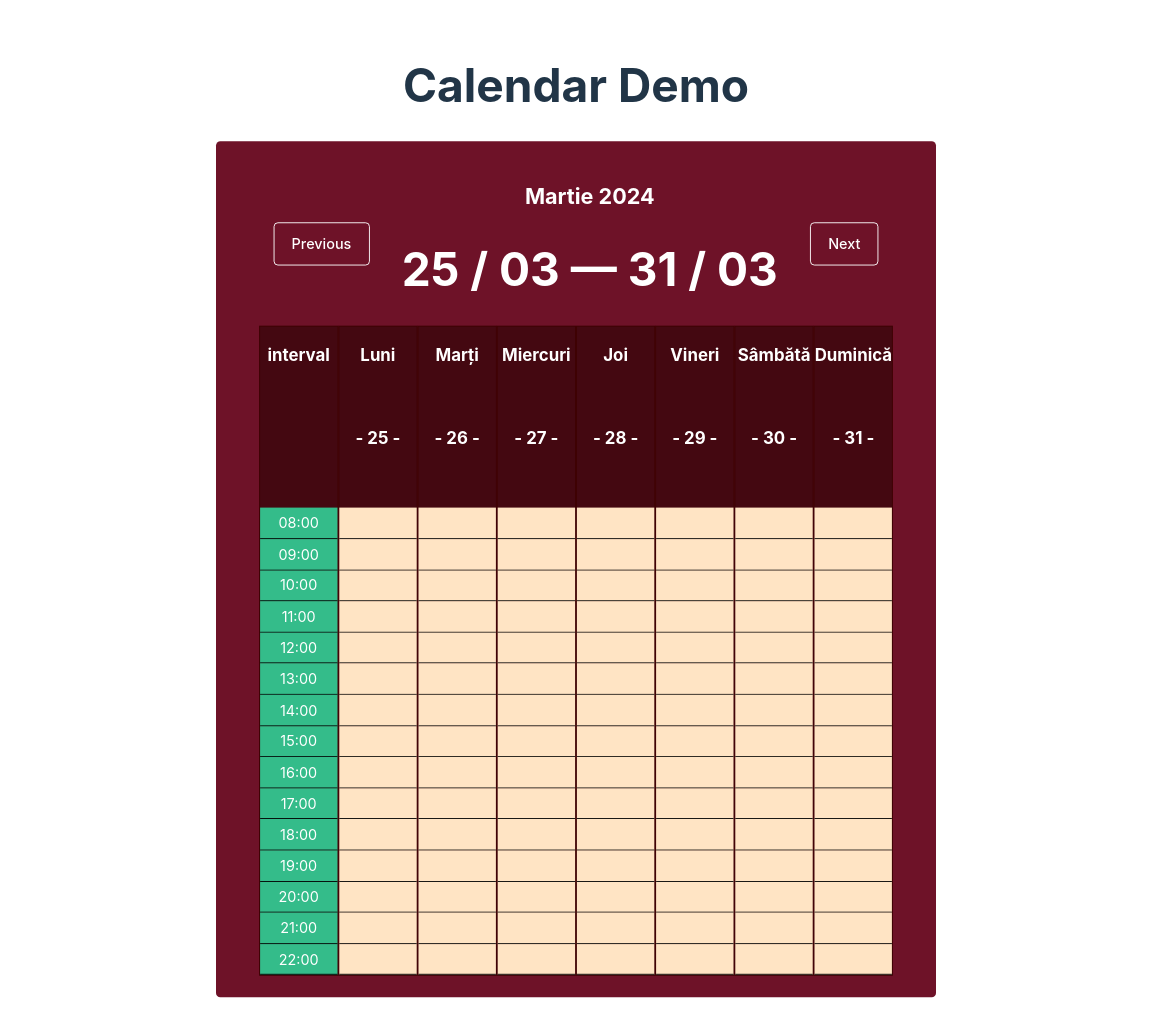
Repository: Maryie-B/weekly-calendar-scheduler
Page: /
An editor plug-in stored every save of this project. The page is shown before and after the next save, followed by the edit.
The browser window is 1280 px wide. The pictures show the whole page, at 90% of full size.
The project was rebuilt for these pictures with package versions that can differ from the ones it lists, and the page was loaded fresh each time. Also part of the build but not shown: vite.config.js.

Above is the page before, as saved 2024-03-26 18:03:23.

### src/App.jsx
import './App.css'
import CalendarHeader from './CalendarHeader'
import CalendarDays from './CalendarDays'
import { useState, useEffect } from 'react';

function App() {

  const [currentWeekStart, setCurrentWeekStart] = useState(() => {
    const now = new Date();
    const currentDay = now.getDay();
    const untilMonday = currentDay === 0 ? 6 : currentDay - 1;
    now.setDate(now.getDate() - untilMonday);
    return now;
});

const [currentWeekEnd, setCurrentWeekEnd] = useState(() => {
  const end = new Date(currentWeekStart);
  end.setDate(currentWeekStart.getDate() + 6);
  return end;
});

const [currentDates, setCurrentDates] = useState(() => {
  const dates = [];
  const day = new Date(currentWeekStart);
  for (let i = 0; i < 7; i++) {
    let nr = day.getDate() + i;
    dates.push(nr);
  }
  return dates;
});


useEffect(() => {
  const end = new Date(currentWeekStart);
  end.setDate(currentWeekStart.getDate() + 6);
  setCurrentWeekEnd(end);
}, [currentWeekStart]);

const handleGoToPreviousWeek = () => {
  setCurrentWeekStart((prevDate) => {
      const newDate = new Date(prevDate);
      newDate.setDate(newDate.getDate() - 7);
      return newDate;
  });
};

const handleGoToNextWeek = () => {
  setCurrentWeekStart((prevDate) => {
      const newDate = new Date(prevDate);
      newDate.setDate(newDate.getDate() + 7);
      return newDate;
  });
};

const startMonth = currentWeekStart.getMonth();
const endMonth = currentWeekEnd.getMonth();
const startYear = currentWeekStart.getFullYear();
const endYear = currentWeekEnd.getFullYear();

const monthsNames = ['Ianuarie', 'Februarie', 'Martie', 'Aprilie',
                      'Mai', 'Iunie', 'Iulie', 'August', 'Septembrie', 'Octombrie', 'Noiembrie', 'Decembrie'];

let calendarHeader = `${monthsNames[startMonth]} ${startYear}`;
if (startMonth !== endMonth || startYear !== endYear) {
  calendarHeader += ` — ${monthsNames[endMonth]} ${endYear} `
}

let weekStartMonthNumber = currentWeekStart.getMonth() + 1;
let weekEndMonthNumber = currentWeekEnd.getMonth() + 1;

weekStartMonthNumber = weekStartMonthNumber < 10 ? `0${weekStartMonthNumber}` : weekStartMonthNumber;
weekEndMonthNumber = weekEndMonthNumber < 10 ? `0${weekEndMonthNumber}` : weekEndMonthNumber;

const datesRange = `${currentWeekStart.getDate()} / ${weekStartMonthNumber} — ${currentWeekEnd.getDate()} / ${weekEndMonthNumber}`;


  return (
    <>
      <h1>Calendar Demo</h1>
      <div className='calendar-wrapper'>

        <CalendarHeader handleGoToNextWeek={handleGoToNextWeek} handleGoToPreviousWeek={handleGoToPreviousWeek} datesRange={datesRange} calendarHeader={calendarHeader} />
        <CalendarDays  currentDates={currentDates} />
      </div>
    </>
  )
}

export default App

### src/App.css
#root {
  max-width: 1280px;
  margin: 0 auto;
  padding: 2rem;
  text-align: center;
}

.calendar-wrapper {
  background-color: rgb(110, 18, 40);
  min-width: 700px;
  min-height: 400px;
  color: white;
  padding: 1.5rem 3rem;
  border-radius: 0.3rem;
}

.calendar-header {
  display: flex;
  flex-direction: row;
  align-items: center;
  justify-content: space-between;

}


.calendar-button {
  background-color: rgba(0, 0, 0, 0);
  height: 3rem;
  align-items: center;
  justify-content: center;
  border-color: white;
  border-radius: 0.3rem;
  color: white;
  font-size: 1rem;
  margin: 1rem;
}

.calendar-text {
  padding: 0rem 1rem;
}

.calendar-days-wrapper {
  display: grid;
  text-align: center;
  grid-template-columns: repeat(8, 1fr);
}

.days-header {
  background-color: rgb(68, 8, 17);
  min-height: 3rem;
  border: solid rgb(63, 2, 2) 1px;
}

.days-header > h3 {
  min-height: 4.55rem;
}

.hour-intervals {
  background-color: rgb(52, 188, 138);
  padding: 0.3rem;
  border-bottom: solid black 1px;
}

.hour-intervals-empty {
  min-height: 2.1rem;
  background-color: bisque;
  border-bottom: solid black 1px;
}

### src/CalendarHeader.jsx
/* eslint-disable react/prop-types */


const CalendarHeader = ({handleGoToNextWeek, handleGoToPreviousWeek, datesRange, calendarHeader}) => {

  return (
    <div className="calendar-header">
        <button className='calendar-button' onClick={handleGoToPreviousWeek}>Previous</button>
        <div className="calendar-text">
        <h2>{calendarHeader}</h2>
        <h1>{datesRange}</h1>
        </div>
        <button className='calendar-button' onClick={handleGoToNextWeek}>Next</button>
    </div>
  )
}

export default CalendarHeader;

### src/CalendarDays.jsx
/* eslint-disable react/no-unknown-property */

const CalendarDays = ({currentDates}) => {
  const weekDays = ['interval', 'Luni', 'Marți', 'Miercuri', 'Joi', 'Vineri', 'Sâmbătă', 'Duminică']

  const hours = [];
  for (let i = 8; i <= 22; i++) {
    hours.push(i);
  }

  const handleIntervalClick = (e) => {
    console.log(e.target.getAttribute('data'), 'This interval has been clicked!');
  };

  return (
    <div className="calendar-days-wrapper">
      {weekDays.map((day, index) => {
        return (

        index === 0 ?
        <div className="days-header" key={index}>
           <h3>{day}</h3>
           <h3> </h3>
           {hours.map((hour, index) => {
               return (
                   <div className="hour-intervals" key={hour}>{hour < 10 ? `0${hour}:00` : `${hour}:00`}</div>
               )
           })}
        </div>
        :
        <div className="days-header" key={index}>
        <h3>{day}</h3>
        <h3>- {currentDates[index-1]} -</h3>
        {hours.map((hour, index) => {
            return (
                <div className="hour-intervals-empty" data={{hour, index}} key={hour} onClick={handleIntervalClick}> </div>
            )
        })}
        </div>
        )
      })}
    </div>
  )
}

export default CalendarDays

Loaded but not shown: index.html (common file); src/main.jsx (common file); src/index.css (common file)

After the next save:
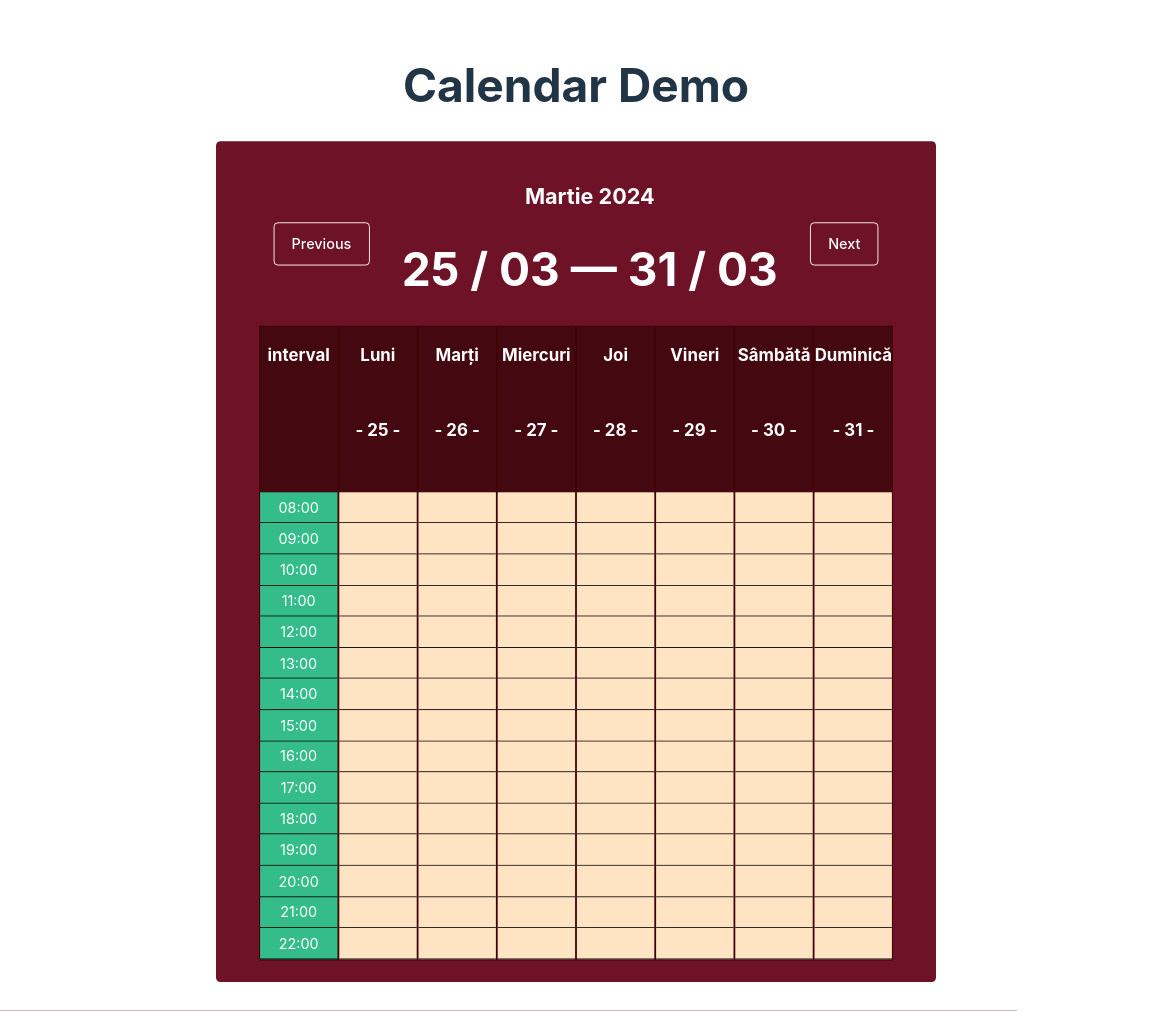
Saved 10 s later.
--- a/src/App.css
+++ b/src/App.css
@@ -52,7 +52,7 @@
 }
 
 .days-header > h3 {
-  min-height: 4.55rem;
+  min-height: 4rem;
 }
 
 .hour-intervals {
